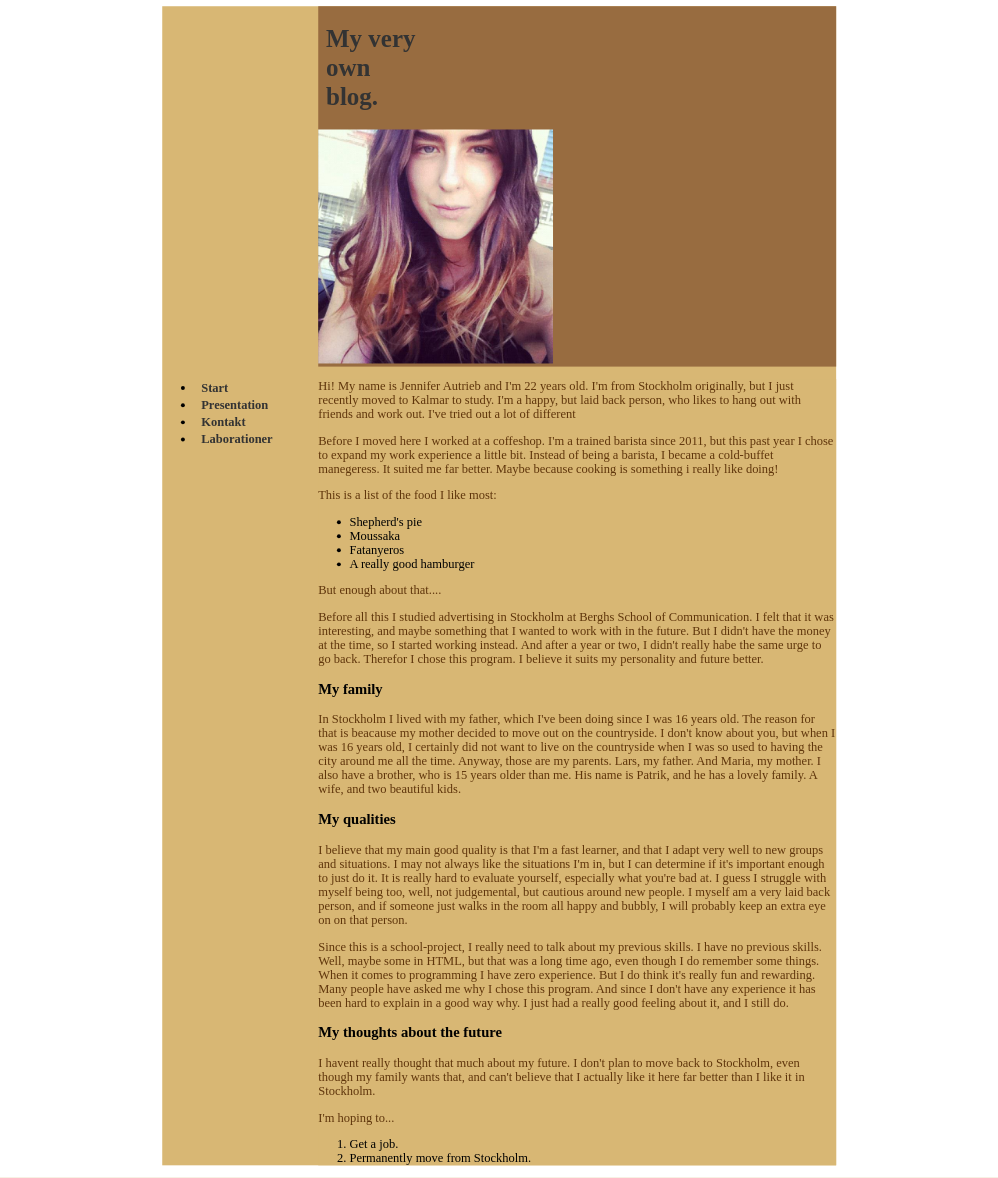
Repository: JeAut/1ik415-JeAut-laborationer
Page: WWW/pages/Presentation.html
The author's editor kept a record of every edit. The page is drawn from the files as they stood at one moment, then again after the next edit.
The browser window is 1280 px wide. The pictures show the whole page, at 78% of full size.

Above is the page before.

After the next edit:
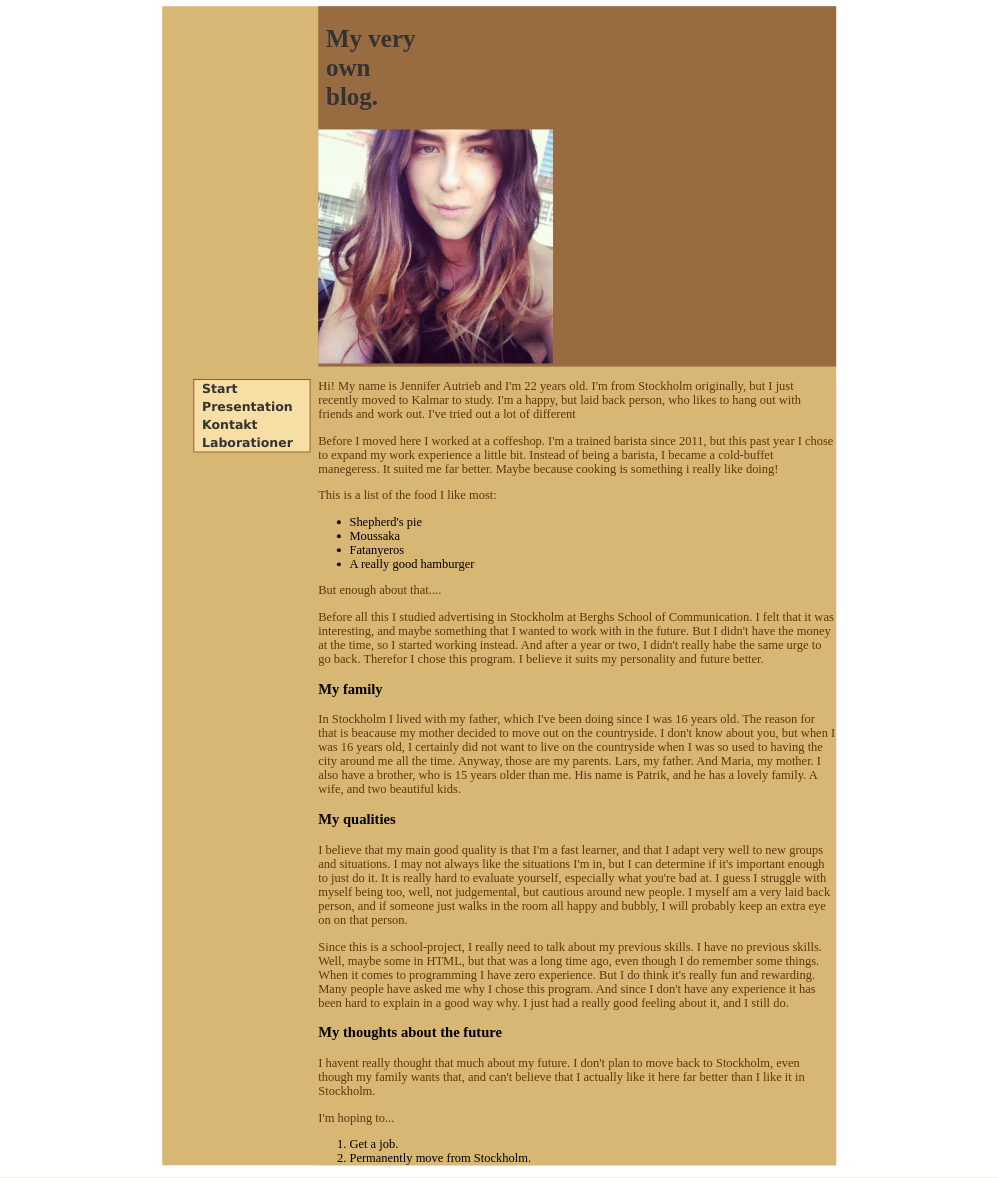
The edit:
--- a/WWW/pages/Presentation.html
+++ b/WWW/pages/Presentation.html
@@ -11,8 +11,11 @@
         <div id="header"><a id="doc"><h1>My very own blog.</h1></a>
         <img src="../pics/jennifer.jpg" width="301"/></div>
 
-        <ul>
+        <ul class="sidemenu">
             <div id="navigation">
+            <div id="bc">
+            <div id="ulsidemenu">
+            <div id="ulsidemenu2">
             <li><a href="../../index.html"> Start</a></li>
             <li><a href="Presentation.html"> Presentation</a></li>
             <li><a href="kontakt.html"> Kontakt</a></li>
